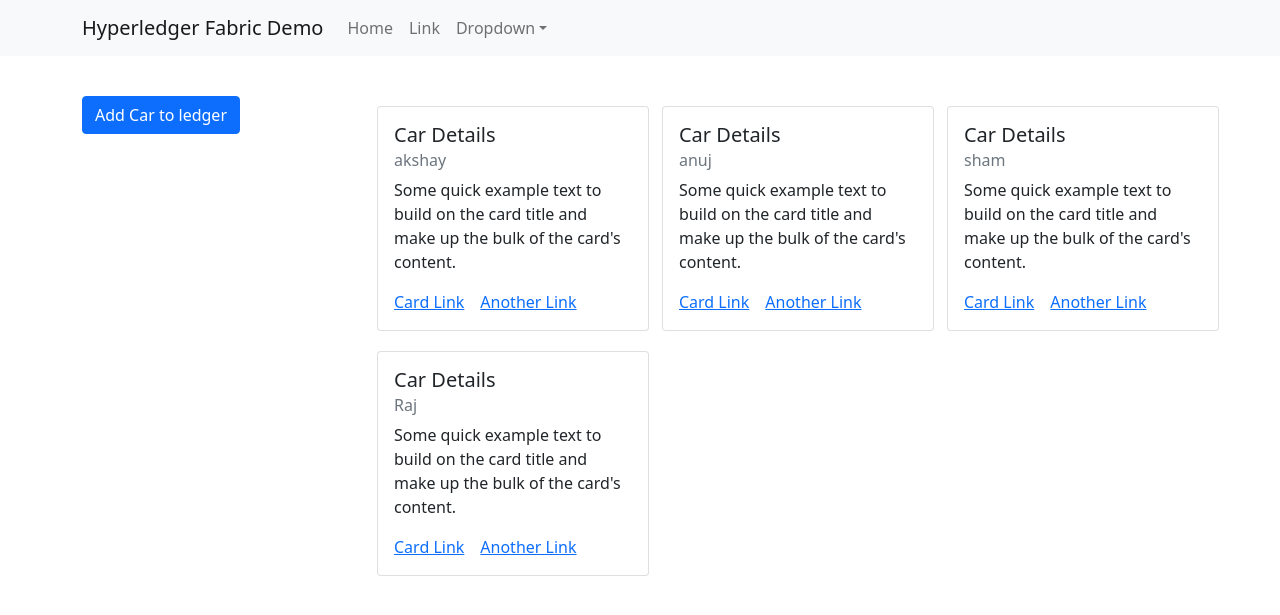
Repository: akshaykurhekar/hyperledger-asset-monetization-dapp
Page: / (app in fabcarWeb/new-ui/)
The author's editor kept a copy of each file at every save. The page is drawn from the files as they stood at one save, then again after the next save.
The browser window is 1280 px wide. The pictures show the whole page.
The project was rebuilt for these pictures with package versions that can differ from the ones it lists, and the page was loaded fresh each time.

Above is the page before, as saved 2022-03-30 18:05:04.

After the next save:
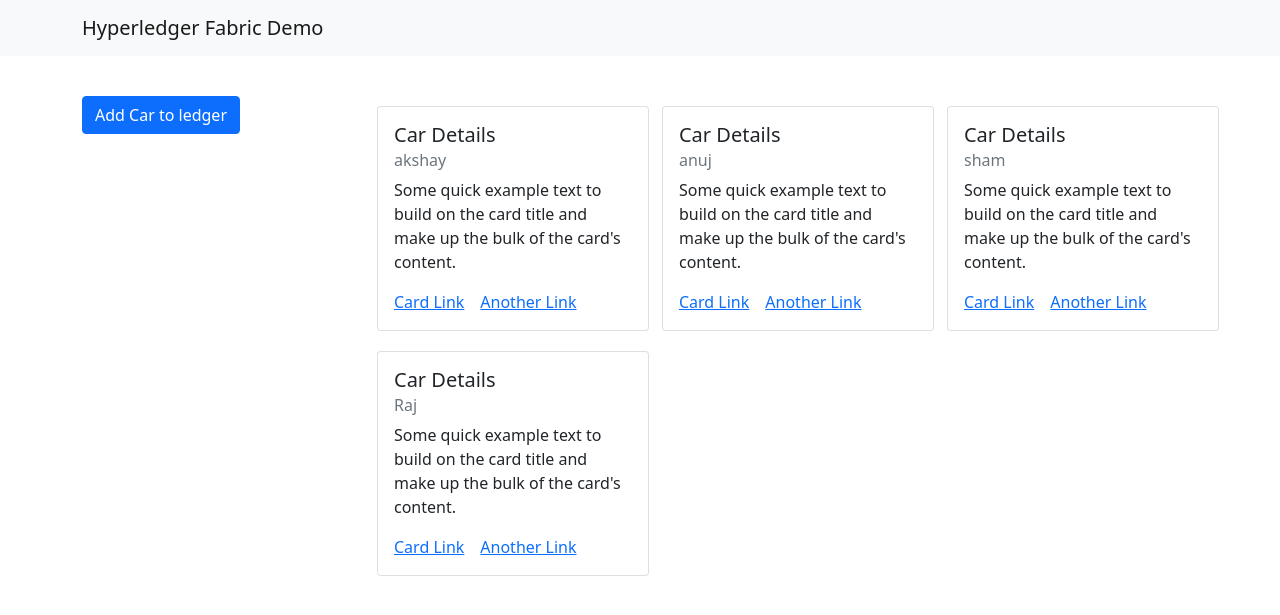
Saved 22 s later.
--- a/fabcarWeb/new-ui/src/components/navbar.js
+++ b/fabcarWeb/new-ui/src/components/navbar.js
@@ -10,7 +10,7 @@
         <Navbar.Toggle aria-controls="basic-navbar-nav" />
         <Navbar.Collapse id="basic-navbar-nav">
           <Nav className="me-auto">
-            <Nav.Link href="#home">Home</Nav.Link>
+            {/* <Nav.Link href="#home">Home</Nav.Link>
             <Nav.Link href="#link">Link</Nav.Link>
             <NavDropdown title="Dropdown" id="basic-nav-dropdown">
               <NavDropdown.Item href="#action/3.1">Action</NavDropdown.Item>
@@ -18,7 +18,7 @@
               <NavDropdown.Item href="#action/3.3">Something</NavDropdown.Item>
               <NavDropdown.Divider />
               <NavDropdown.Item href="#action/3.4">Separated link</NavDropdown.Item>
-            </NavDropdown>
+            </NavDropdown> */}
           </Nav>
         </Navbar.Collapse>
       </Container>
